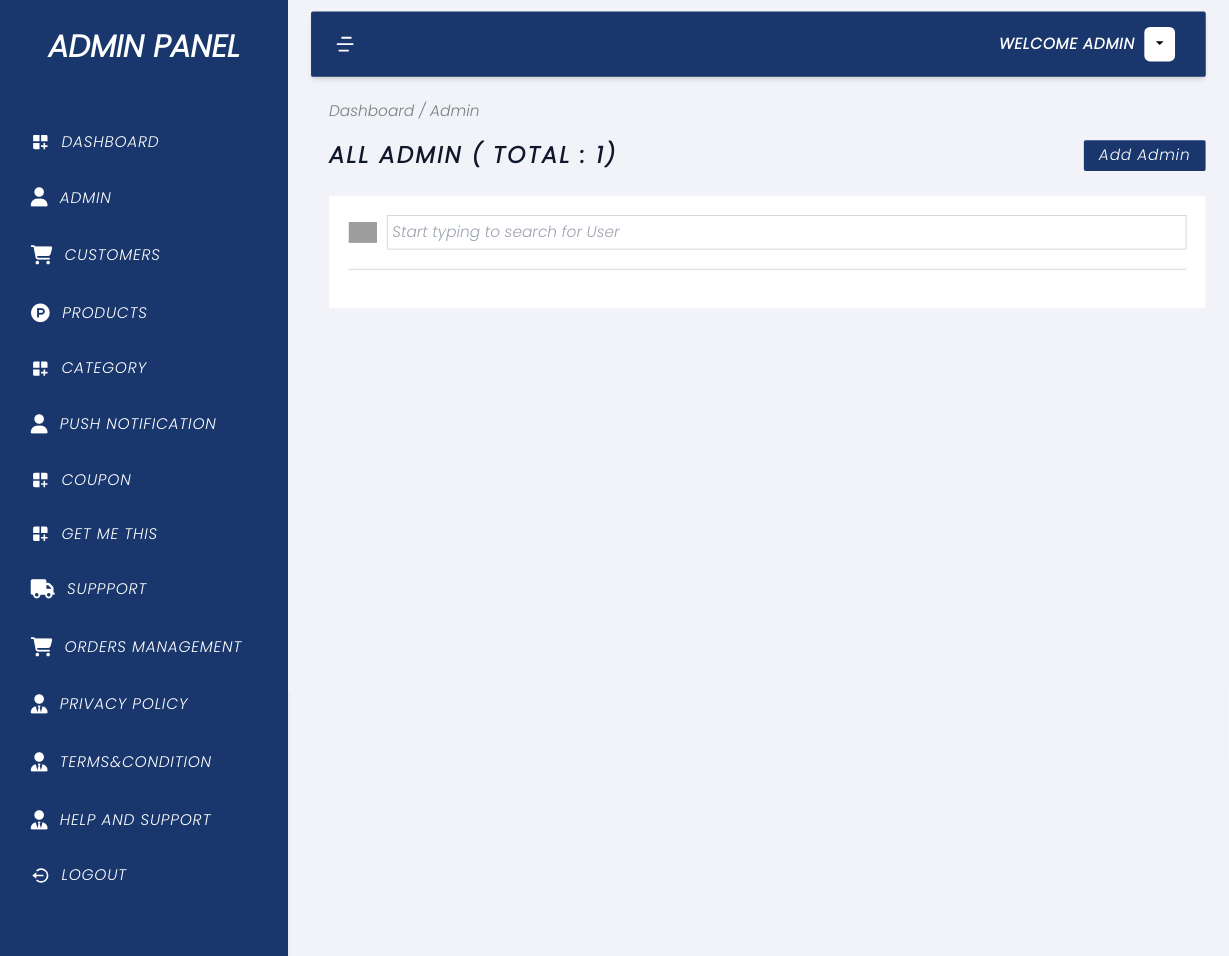
Repository: arpanmalik/project-khanna
Page: /Admin
These files come from the project's save history. The page is drawn as it stood at one moment and after the next save; the edit follows.
The browser window is 1280 px wide. The pictures show the whole page, at 96% of full size.
Pictures or frames that could not be fetched are drawn as grey boxes. Some web libraries are served in a nearby version. The project was rebuilt for these pictures with package versions that can differ from the ones it lists, and the page was loaded fresh each time. Also part of the build but not shown: src/E-CommerceAdmin/forms/Login.jsx, src/E-CommerceAdmin/pages/Dashboard.jsx, src/E-CommerceAdmin/pages/ECategory.js, src/E-CommerceAdmin/pages/EProduct.js, src/E-CommerceAdmin/pages/EVendorList.js, src/E-CommerceAdmin/pages/EAdminOrders.js, src/E-CommerceAdmin/pages/EAdminProduct.js, src/E-CommerceAdmin/pages/EAdminDelivery.js and 11 more. Imported but missing from the stored project, and not drawn on this page: src/E-CommerceAdmin/pages/Component/SpinnerComp, src/E-CommerceVendor/forms/EVendorLogin, src/E-CommerceVendor/pages/EVCategory, src/E-CommerceVendor/pages/EVCoupon, src/E-CommerceVendor/pages/EVDashboard, src/E-CommerceVendor/pages/EVOrders, src/E-CommerceVendor/pages/EVProduct, src/E-CommerceVendor/pages/EVSubCategory.

Above is the page before, as saved 2023-05-16 15:03:08.

After the next save:
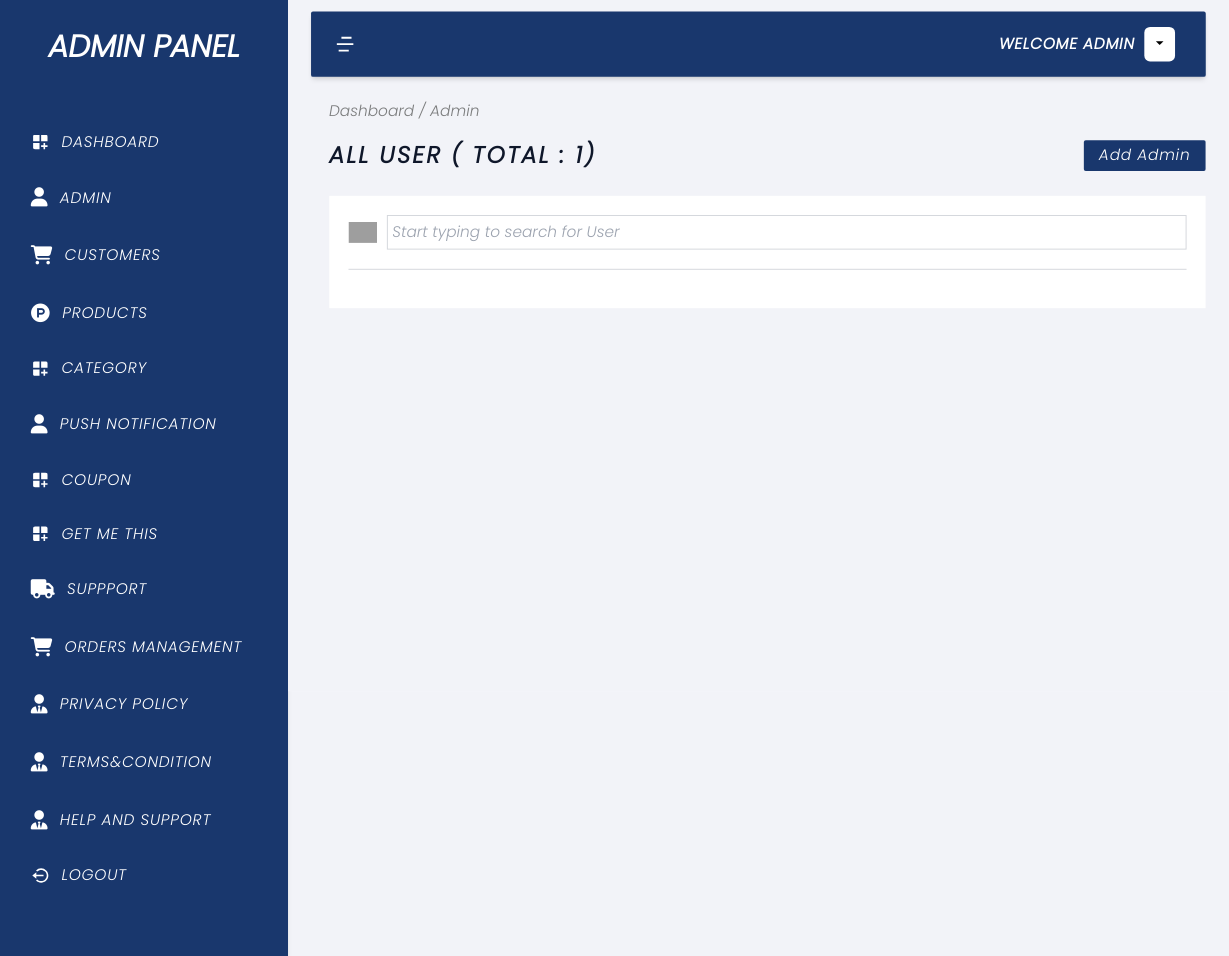
Saved 24 s later.
--- a/src/E-CommerceAdmin/pages/EAdmin.js
+++ b/src/E-CommerceAdmin/pages/EAdmin.js
@@ -135,7 +135,7 @@ const EAdmin = () => {
           className="tracking-widest text-slate-900 font-semibold uppercase "
           style={{ fontSize: "1.5rem" }}
         >
-          All Admin ( Total : 1)
+          All User ( Total : 1)
         </span>
         <button
           onClick={() => {
